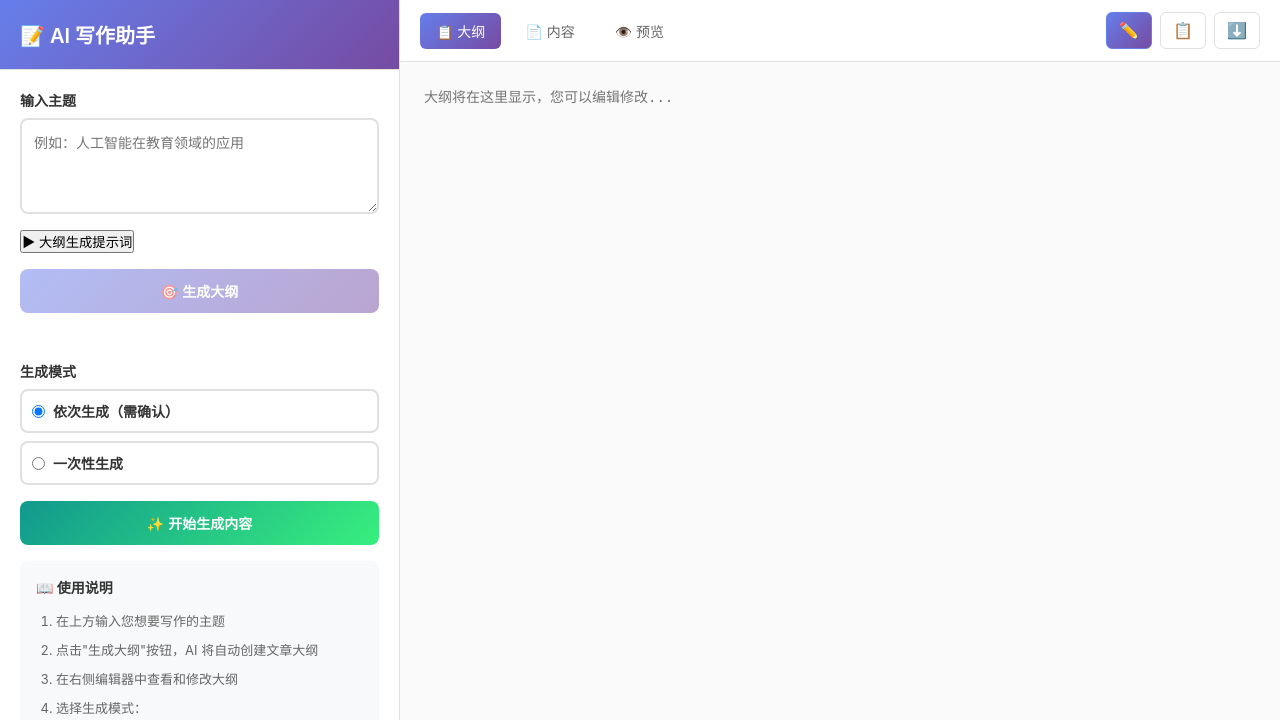
Repository: thunderderder/long_context
Page: / (app in frontend/)
The author's editor kept a copy of each file at every save. The page is drawn from the files as they stood at one save, then again after the next save.
The browser window is 1280 px wide. The pictures show the whole page.
The project was rebuilt for these pictures with package versions that can differ from the ones it lists, and the page was loaded fresh each time.

Above is the page before, as saved 2025-10-11 14:52:58.

After the next save:
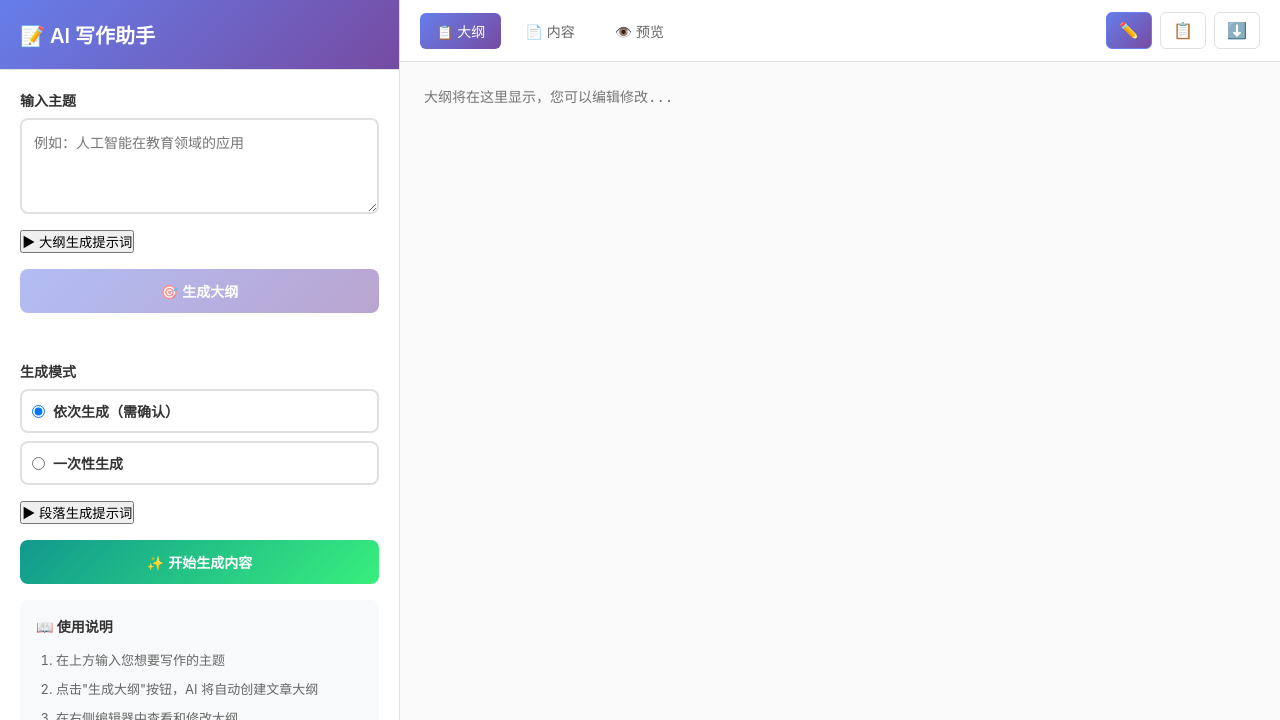
Saved 14 s later.
--- a/frontend/src/components/LeftPanel.tsx
+++ b/frontend/src/components/LeftPanel.tsx
@@ -151,6 +151,42 @@ const LeftPanel: React.FC<LeftPanelProps> = ({
           </div>
         </div>
 
+        {/* 段落提示词编辑 */}
+        <div className="prompt-section">
+          <div className="prompt-header">
+            <button
+              className="btn-toggle-prompt"
+              onClick={() => setShowSectionPrompt(!showSectionPrompt)}
+            >
+              {showSectionPrompt ? '▼' : '▶'} 段落生成提示词
+            </button>
+            {showSectionPrompt && sectionPrompt !== defaultSectionPrompt && (
+              <button
+                className="btn-reset"
+                onClick={() => setSectionPrompt(defaultSectionPrompt)}
+                title="重置为默认提示词"
+              >
+                🔄
+              </button>
+            )}
+          </div>
+          {showSectionPrompt && (
+            <div className="prompt-edit">
+              <textarea
+                className="prompt-textarea"
+                value={sectionPrompt}
+                onChange={(e) => setSectionPrompt(e.target.value)}
+                placeholder="输入自定义提示词"
+                rows={10}
+                disabled={isGeneratingOutline || isGeneratingContent}
+              />
+              <div className="prompt-hint">
+                💡 提示：可使用占位符 {'{topic}'}, {'{outline}'}, {'{current_section}'}, {'{context}'}
+              </div>
+            </div>
+          )}
+        </div>
+
         {/* 开始生成按钮 */}
         <button
           className="btn btn-success"
